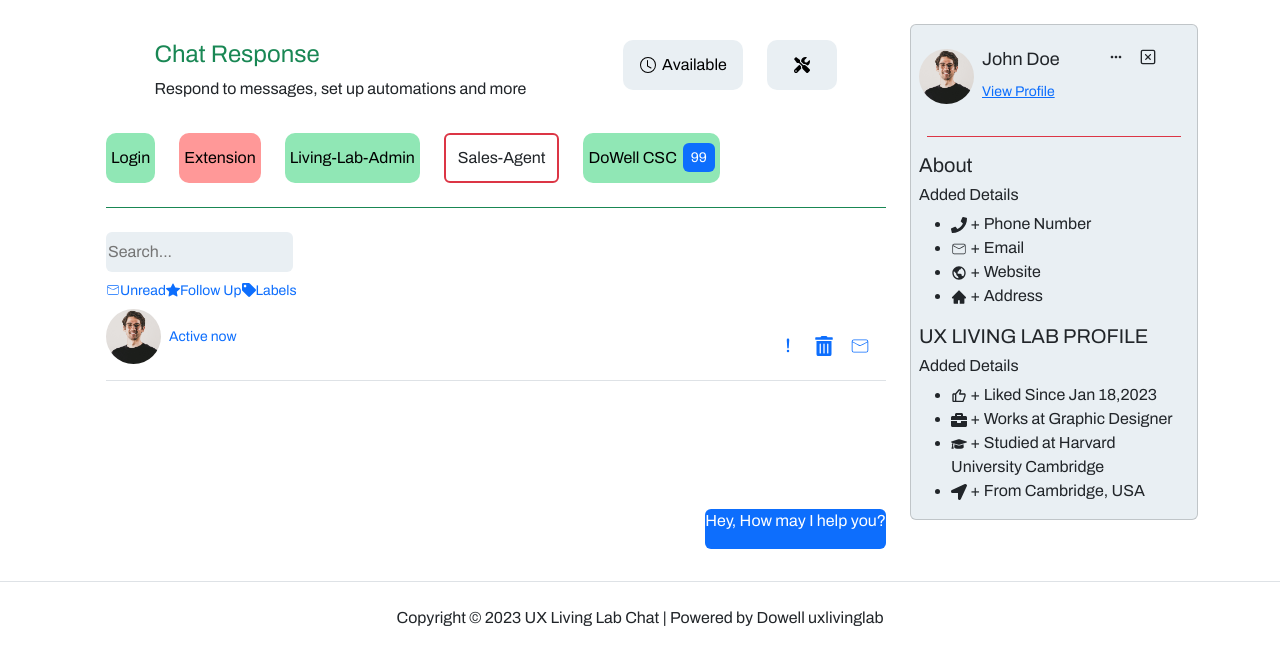
Repository: uh-sman/UX-Living-Lab-Chat
Page: /
An editor plug-in stored every save of this project. The page is shown before and after the next save, followed by the edit.
The browser window is 1280 px wide. The pictures show the whole page.
The project was rebuilt for these pictures with package versions that can differ from the ones it lists, and the page was loaded fresh each time.

Above is the page before, as saved 2023-05-10 18:30:39.

After the next save:
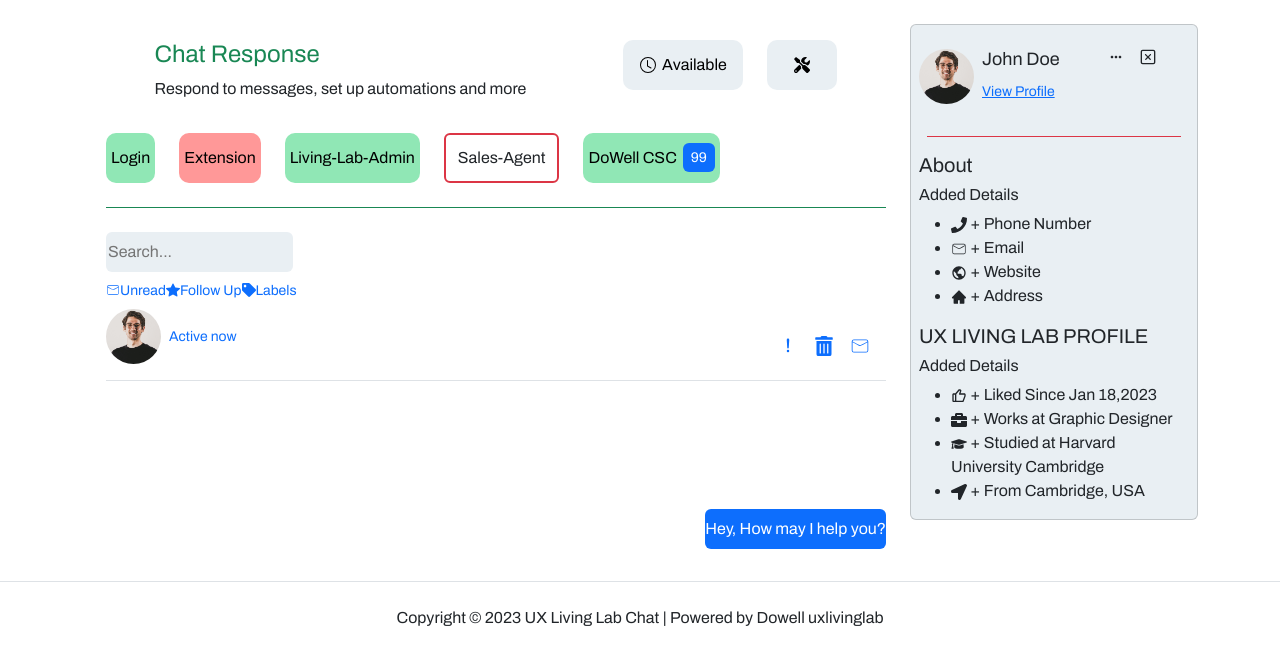
Saved 30 s later.
--- a/src/container/Chats/message/Message.jsx
+++ b/src/container/Chats/message/Message.jsx
@@ -7,7 +7,7 @@ const Message = () => {
       <div className="d-flex justify-content-end ">
         {message ? (
           <div
-            className="bg-primary text-white rounded d-flex align-self-end"
+            className="bg-primary text-white rounded d-flex align-items-center align-self-end"
             style={{
               width: "auto",
               height: "40px",
